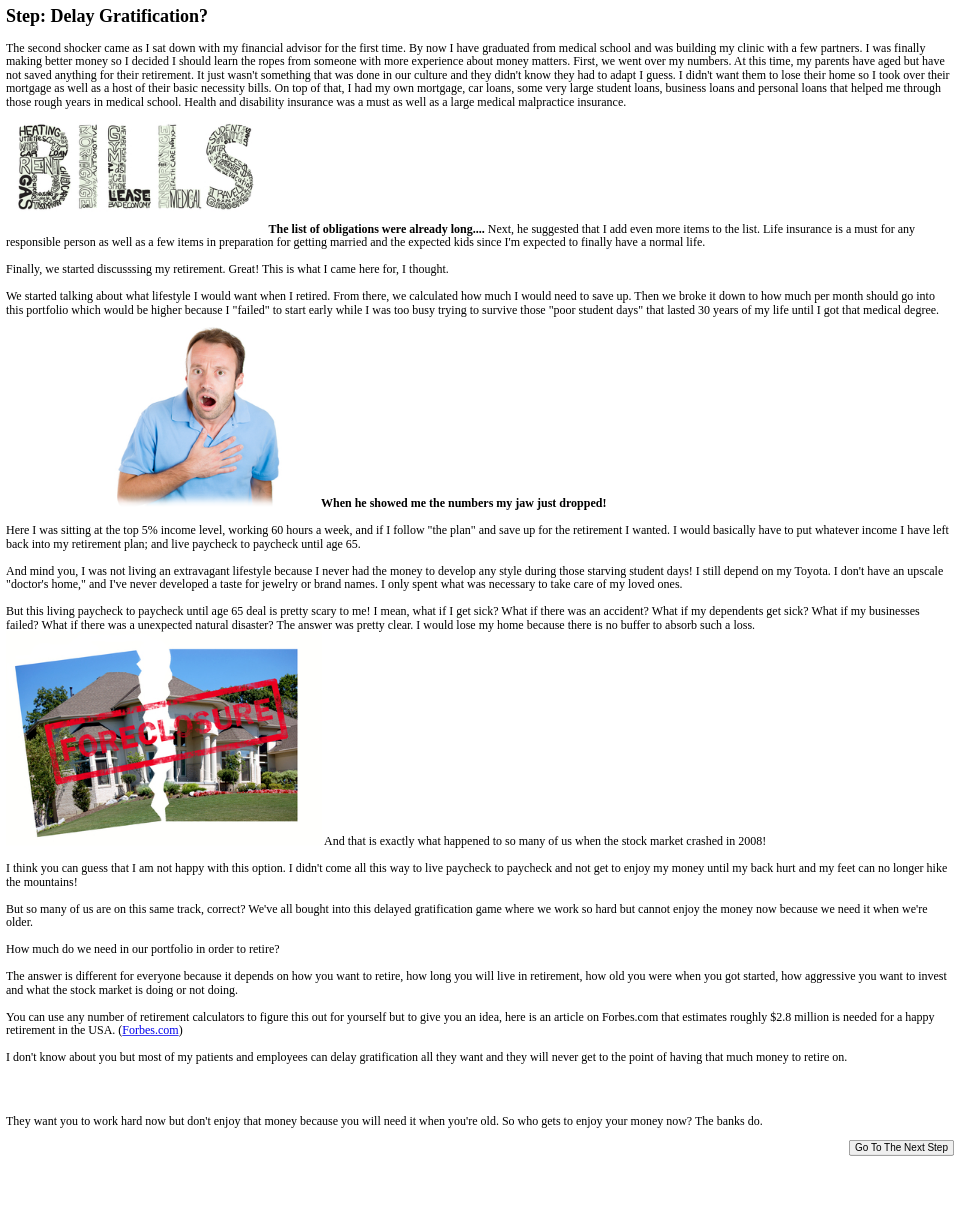
Repository: DevZubair/Danh-App
Page: www/templates/steps-delay.html
The author's editor kept a record of every edit. The page is drawn from the files as they stood at one moment, then again after the next edit.
The browser window is 1280 px wide. The pictures show the whole page, at 75% of full size.

Above is the page before.

After the next edit:
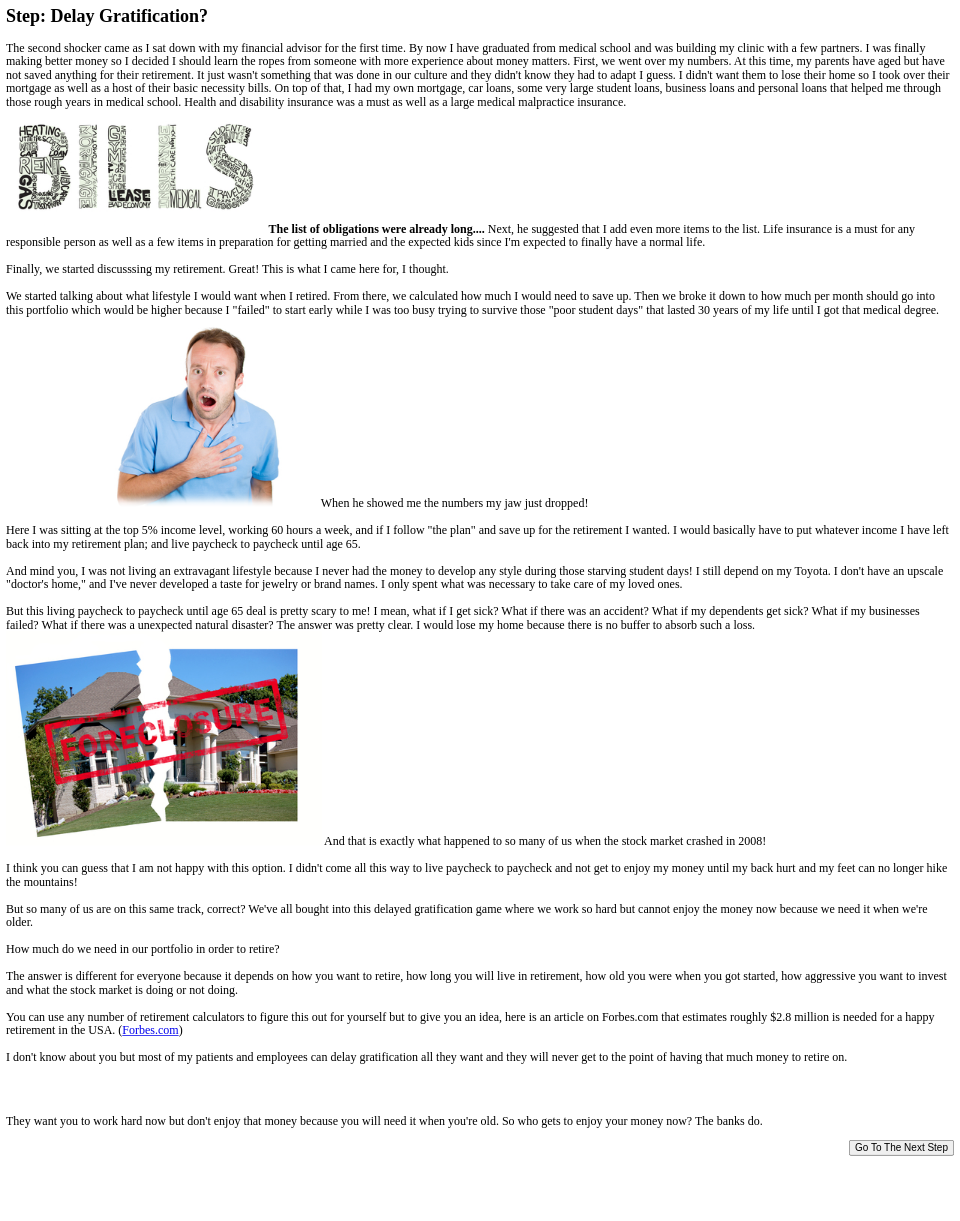
The edit:
--- a/www/templates/steps-delay.html
+++ b/www/templates/steps-delay.html
@@ -39,7 +39,7 @@
         <div class="row">
           <div class="col">
           <img src="img/jawDropped.png" class="images-left-50"></img>
-          <b>When he showed me the numbers my jaw just dropped!</b><br><br>
+          <span class="subtitle">When he showed me the numbers my jaw just dropped!</span><br><br>
 
           Here I was sitting at the top 5% income level, working 60 hours a week, and if I follow "the plan" and save up for the retirement I wanted. I would basically have to put whatever income I have left back into my retirement plan; and live paycheck to paycheck until age 65.<br><br>
 
